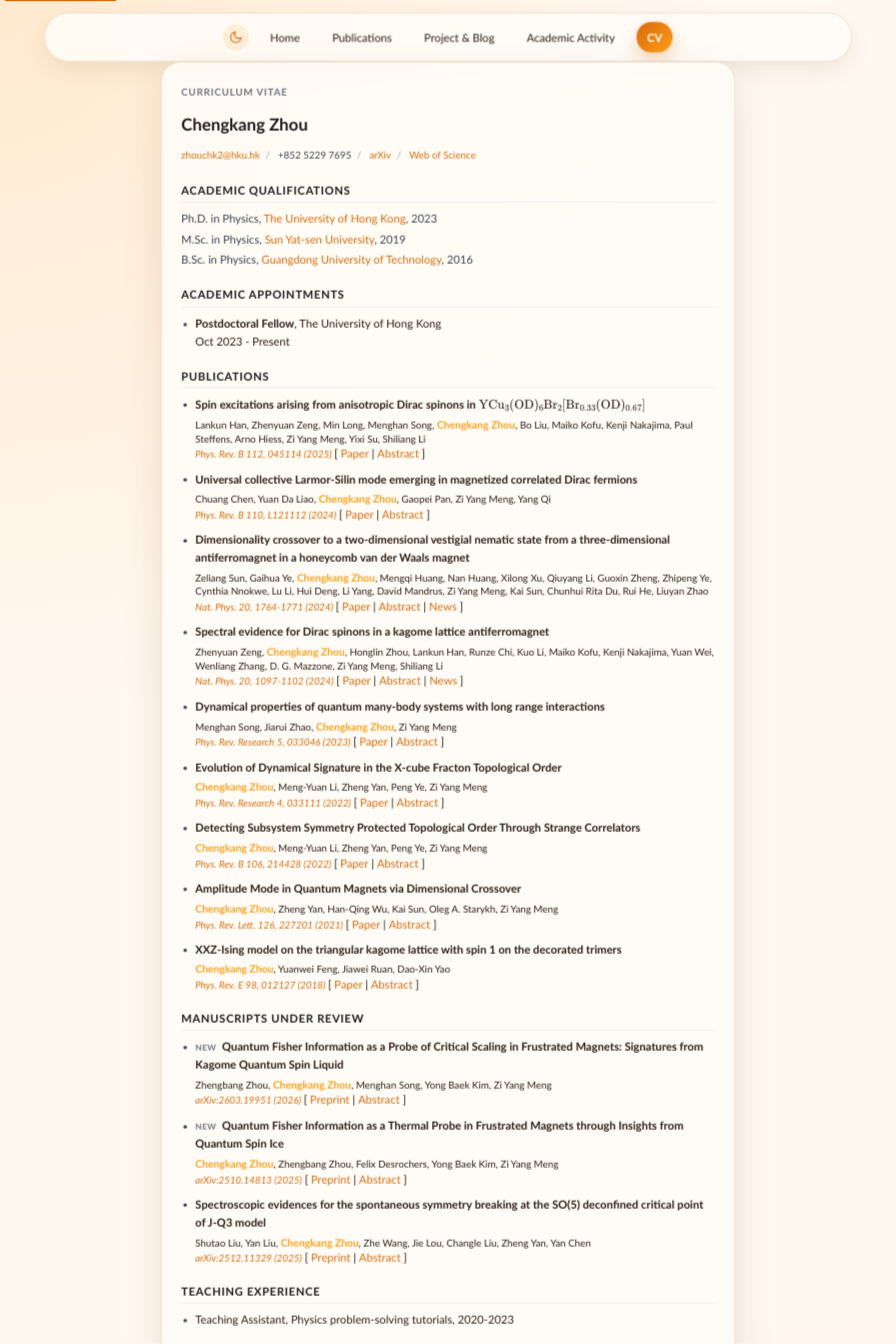
Repository: argyibug/zhouchk
Page: cv.html
An editor plug-in stored every save of this project. The page is shown before and after the next save, followed by the edit.
The browser window is 1280 px wide. The pictures show the part of the page from y = 0 to 1920 px (the page is 2756 px tall), at 70% of full size.

Above is the page before, as saved 2026-06-02 09:48:14.

After the next save:
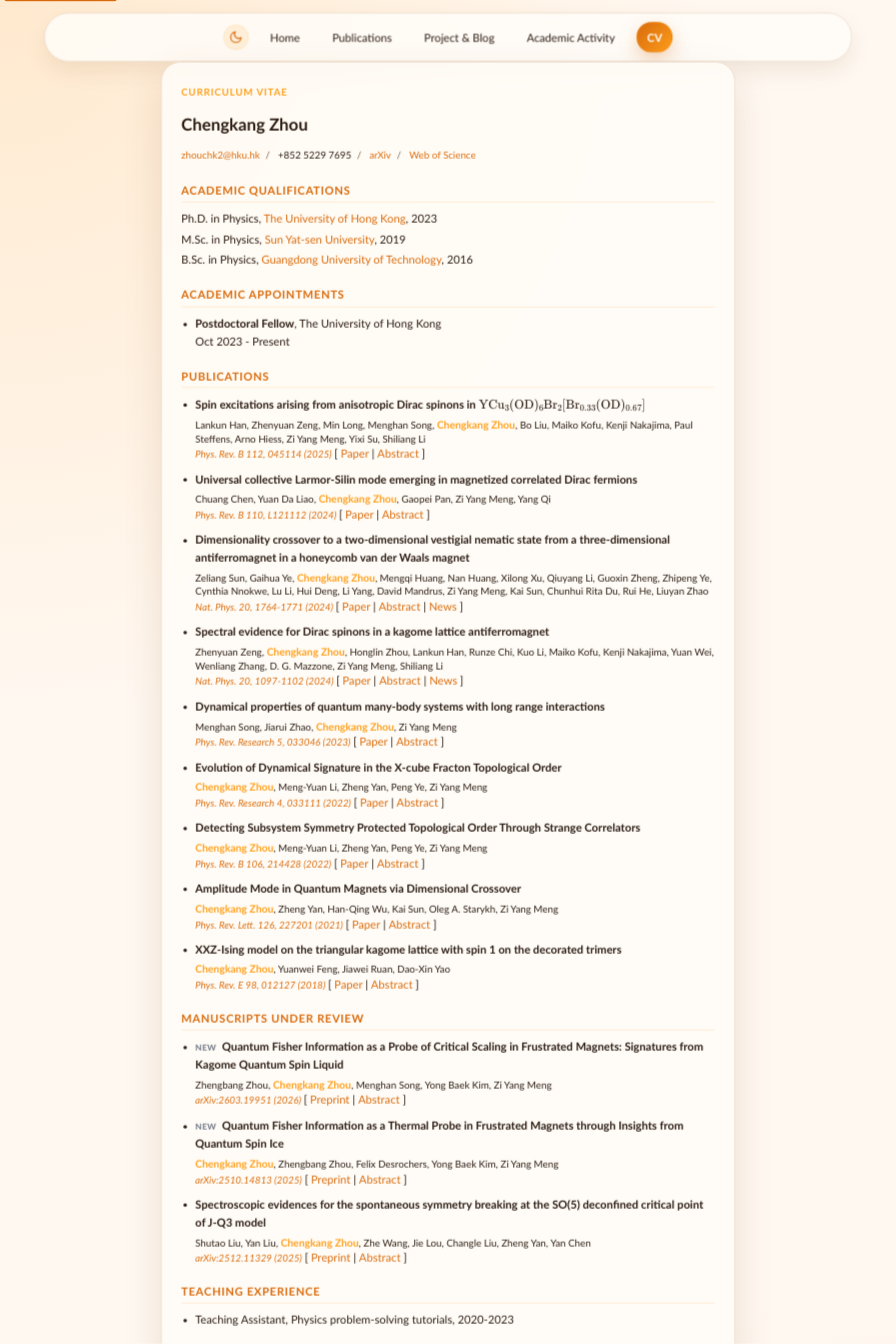
Saved 6 s later.
--- a/cv.html
+++ b/cv.html
@@ -28,19 +28,19 @@
     .about-page h1 {
       font-size: 24px;
       font-weight: 700;
-      color: #1a1a1a;
+      color: var(--text-color);
       margin-bottom: 12px;
     }
 
     .cv-contact {
       margin: 0 0 24px;
       font-size: 14px;
-      color: #374151;
+      color: var(--text-color);
       line-height: 1.8;
     }
 
     .cv-contact a { color: var(--primary-color); }
-    .cv-contact .sep { color: #9ca3af; margin: 0 8px; }
+    .cv-contact .sep { color: var(--placeholder-text); margin: 0 8px; }
 
     .cv-subtitle {
       margin: 0 0 8px;
@@ -48,12 +48,12 @@
       font-weight: 600;
       letter-spacing: 0.08em;
       text-transform: uppercase;
-      color: #6b7280;
+      color: var(--secondary-color);
     }
 
     [data-theme="dark"] .cv-contact { color: var(--text-color); }
-    [data-theme="dark"] .cv-contact .sep { color: #888; }
-    [data-theme="dark"] .cv-subtitle { color: #9ca3af; }
+    [data-theme="dark"] .cv-contact .sep { color: var(--placeholder-text); }
+    [data-theme="dark"] .cv-subtitle { color: var(--secondary-color); }
 
     .about-section {
       margin-bottom: 24px;
@@ -62,12 +62,12 @@
     .about-section h2 {
       font-size: 16px;
       font-weight: 600;
-      color: #1a1a1a;
+      color: var(--primary-color);
       text-transform: uppercase;
       letter-spacing: 0.06em;
       margin-bottom: 10px;
       padding-bottom: 4px;
-      border-bottom: 1px solid #e5e7eb;
+      border-bottom: 1px solid rgba(255, 159, 28, 0.22);
     }
 
     .about-page #research-experience-list,
@@ -90,7 +90,7 @@
 
     .research-summary {
       margin-bottom: 12px !important;
-      color: #374151;
+      color: var(--text-color);
       line-height: 1.7;
     }
 
@@ -103,7 +103,7 @@
     .about-page .about-section li {
       margin-bottom: 4px !important;
       padding: 0 !important;
-      color: #374151;
+      color: var(--text-color);
       line-height: 1.6;
     }
 
@@ -118,7 +118,7 @@
     [data-theme="dark"] .about-page h1 { color: var(--text-color); }
     [data-theme="dark"] .about-section h2 {
       color: var(--text-color);
-      border-bottom-color: #374151;
+      border-bottom-color: var(--border-color);
     }
     [data-theme="dark"] .about-section li,
     [data-theme="dark"] .about-section li p { color: var(--text-color); }
